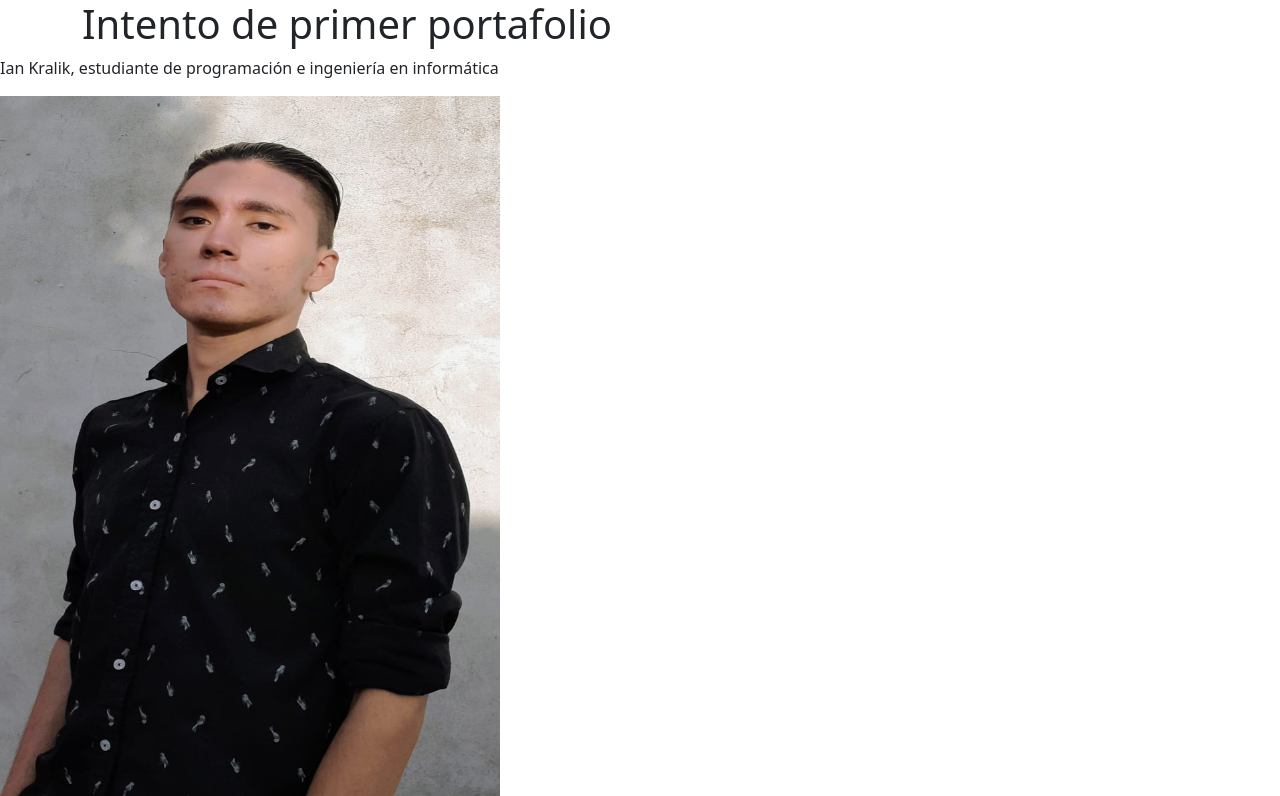
Repository: IanKralik/repositorio-de-prueba
Page: Prueba/index.html
An editor plug-in stored every save of this project. The page is shown before and after the next save, followed by the edit.
The browser window is 1280 px wide. The pictures show the whole page.

Above is the page before, as saved 2022-12-06 16:34:31.

### Prueba/index.html

<!DOCTYPE html>
<html lang="en">
<head>
    <meta charset="UTF-8">
    <meta http-equiv="X-UA-Compatible" content="IE=edge">
    <meta name="viewport" content="width=device-width, initial-scale=1.0">
    <title>Portafolio</title>
</head>
<body>
    <div class="container">
        <h1>Intento de primer portafolio</h1>
        <div class="row">
            <div class="row">
                <div class="col">

                </div>
            </div>
        </div>
    </div>


    <p>Ian Kralik, estudiante de programación e ingeniería en informática</p>
    <img src="fotoian.jpg" alt="Problemas tecnicos" width="500" height="700">

    <link href="https://cdn.jsdelivr.net/npm/bootstrap@5.1.0/dist/css/bootstrap.min.css" rel="stylesheet" integrity="sha384-KyZXEAg3QhqLMpG8r+8fhAXLRk2vvoC2f3B09zVXn8CA5QIVfZOJ3BCsw2P0p/We" crossorigin="anonymous">
    <script src="https://cdn.jsdelivr.net/npm/bootstrap@5.1.0/dist/js/bootstrap.bundle.min.js" integrity="sha384-U1DAWAznBHeqEIlVSCgzq+c9gqGAJn5c/t99JyeKa9xxaYpSvHU5awsuZVVFIhvj" crossorigin="anonymous"></script>
    <script src="https://cdn.jsdelivr.net/npm/@popperjs/core@2.9.3/dist/umd/popper.min.js" integrity="sha384-eMNCOe7tC1doHpGoWe/6oMVemdAVTMs2xqW4mwXrXsW0L84Iytr2wi5v2QjrP/xp" crossorigin="anonymous"></script>
    <script src="https://cdn.jsdelivr.net/npm/bootstrap@5.1.0/dist/js/bootstrap.min.js" integrity="sha384-cn7l7gDp0eyniUwwAZgrzD06kc/tftFf19TOAs2zVinnD/C7E91j9yyk5//jjpt/" crossorigin="anonymous"></script>


    </body>




</html>

After the next save:
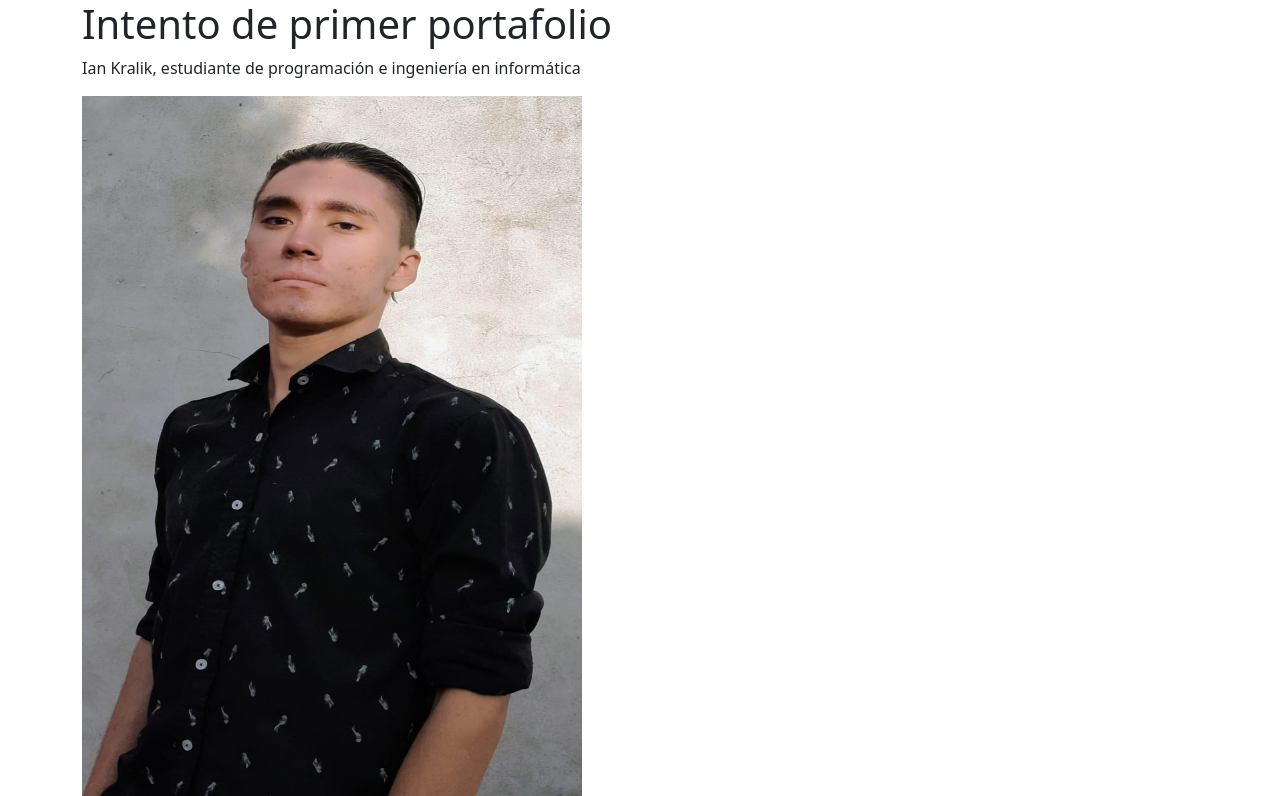
Saved 3 min 57 s later.
--- a/Prueba/index.html
+++ b/Prueba/index.html
@@ -10,6 +10,8 @@
 <body>
     <div class="container">
         <h1>Intento de primer portafolio</h1>
+        <p>Ian Kralik, estudiante de programación e ingeniería en informática</p>
+        <img src="fotoian.jpg" alt="Problemas tecnicos" width="500" height="700">
         <div class="row">
             <div class="row">
                 <div class="col">
@@ -20,8 +22,7 @@
     </div>
 
 
-    <p>Ian Kralik, estudiante de programación e ingeniería en informática</p>
-    <img src="fotoian.jpg" alt="Problemas tecnicos" width="500" height="700">
+
 
     <link href="https://cdn.jsdelivr.net/npm/bootstrap@5.1.0/dist/css/bootstrap.min.css" rel="stylesheet" integrity="sha384-KyZXEAg3QhqLMpG8r+8fhAXLRk2vvoC2f3B09zVXn8CA5QIVfZOJ3BCsw2P0p/We" crossorigin="anonymous">
     <script src="https://cdn.jsdelivr.net/npm/bootstrap@5.1.0/dist/js/bootstrap.bundle.min.js" integrity="sha384-U1DAWAznBHeqEIlVSCgzq+c9gqGAJn5c/t99JyeKa9xxaYpSvHU5awsuZVVFIhvj" crossorigin="anonymous"></script>
